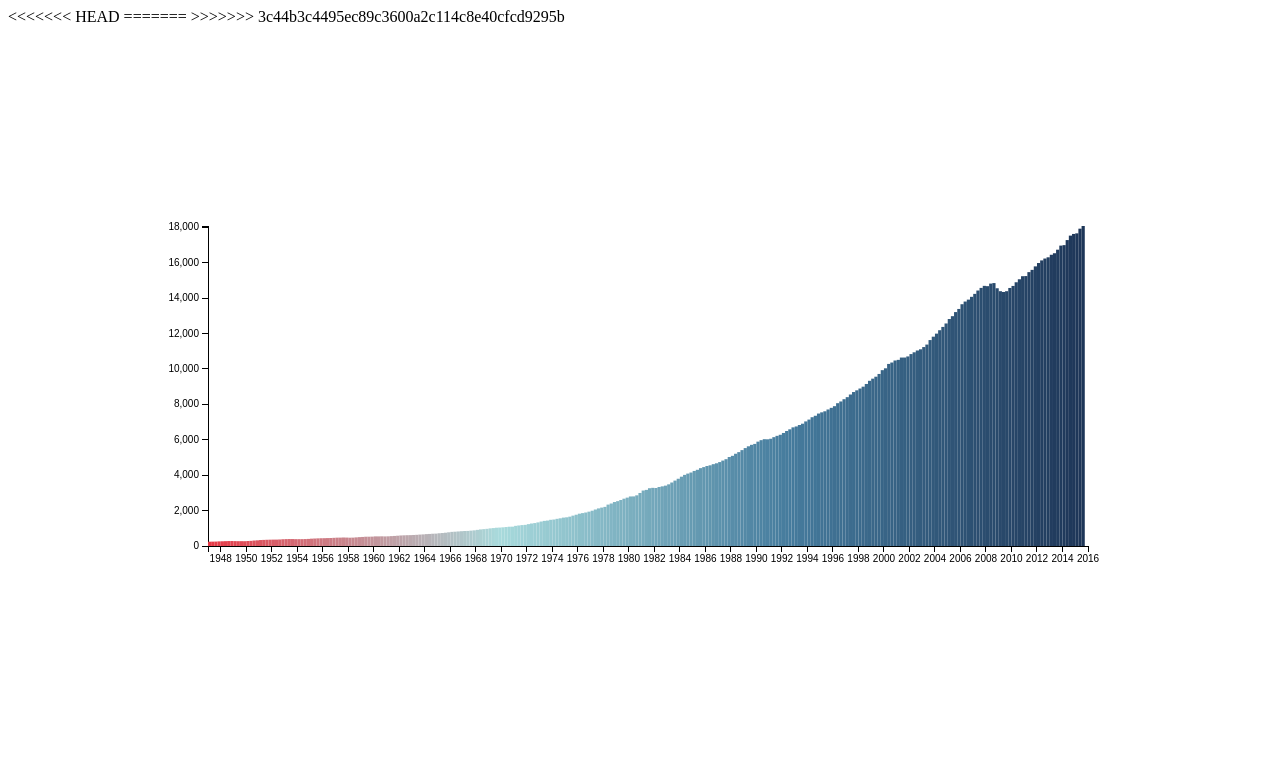
Repository: zizhang-AI/d3-barChart
Page: hello-world.html
The author's editor kept a record of every edit. The page is drawn from the files as they stood at one moment, then again after the next edit.
The browser window is 1280 px wide. The page is 1288 px wide, so the pictures cover 1288 px, including what lies to the right of the window. The pictures show the whole page.

Above is the page before.

After the next edit:
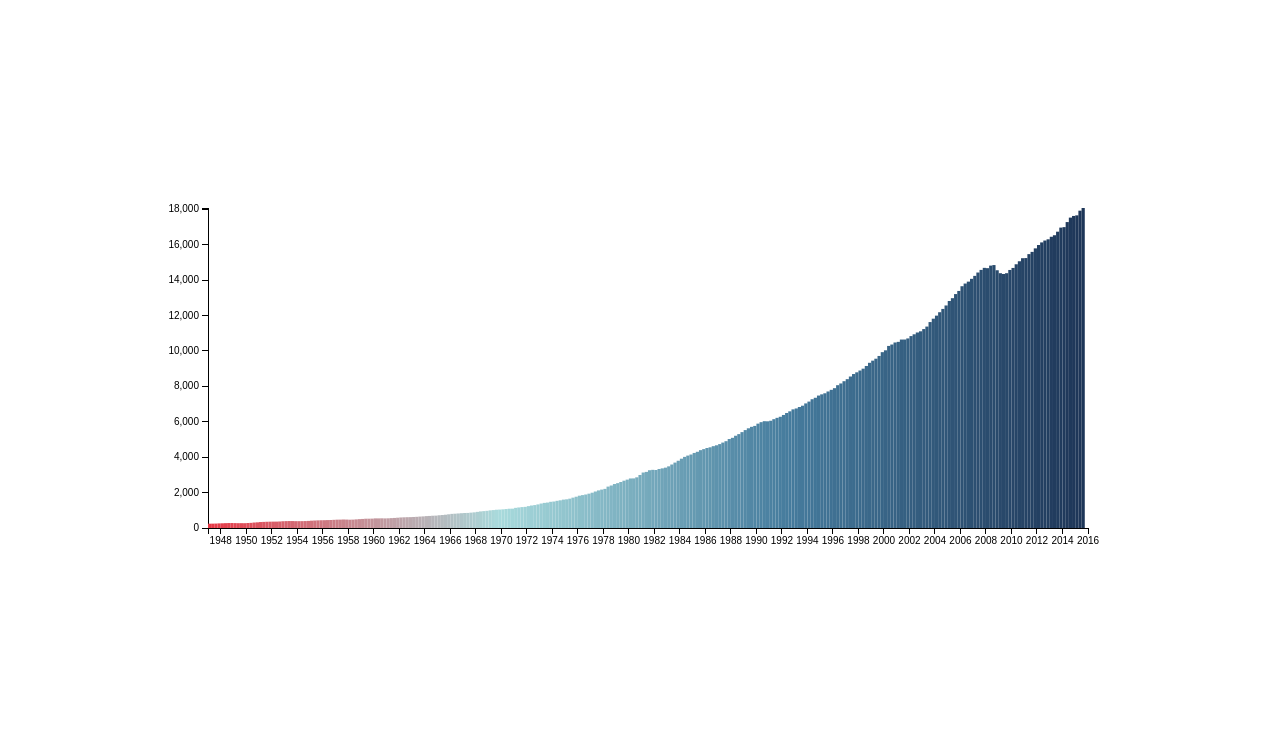
The edit:
--- a/hello-world.html
+++ b/hello-world.html
@@ -90,8 +90,4 @@
 	</script>
 </body>
 
-<<<<<<< HEAD
 </html>
-=======
-</html>
->>>>>>> 3c44b3c4495ec89c3600a2c114c8e40cfcd9295b
